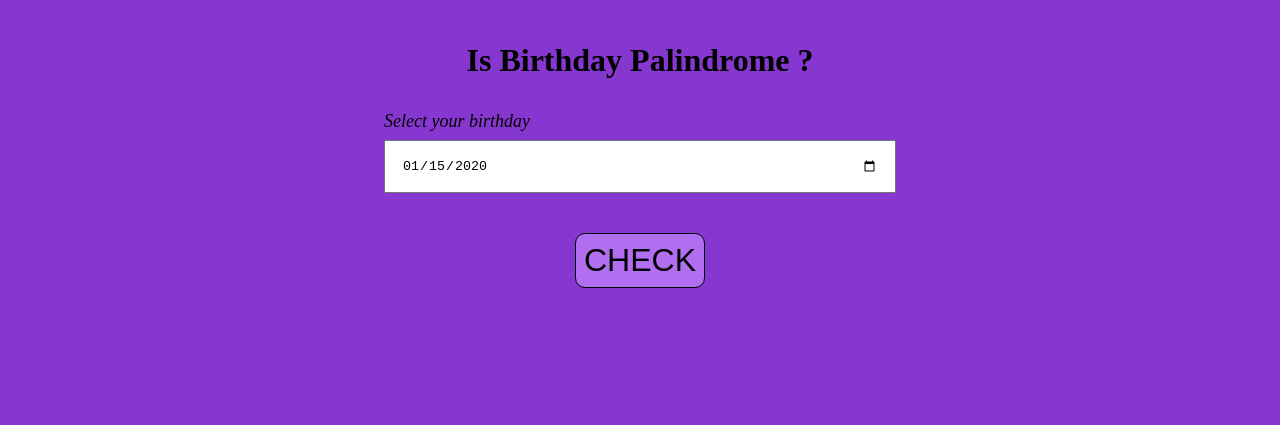
Repository: patelamancode/Palindrome-Birthday
Page: index.html
The author's editor kept a copy of each file at every save. The page is drawn from the files as they stood at one save, then again after the next save.
The browser window is 1280 px wide. The pictures show the whole page.
Empty fields were first filled with sample values (such as "Sample", 5 or name@example.com).
After loading, the first visible `#check-btn` was clicked once.

Above is the page before, as saved 2022-12-02 19:54:23.

After the next save:
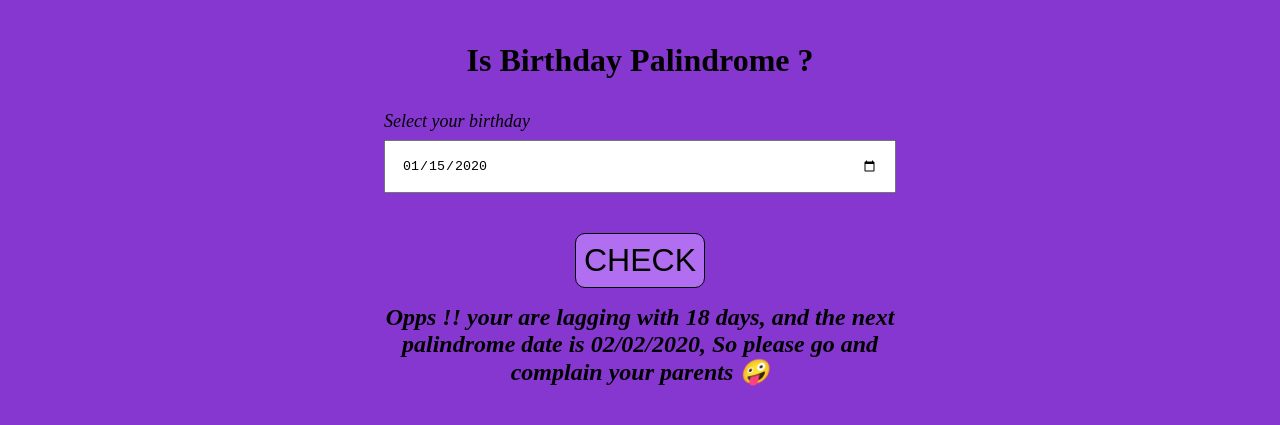
Saved 92 s later.
--- a/index.js
+++ b/index.js
@@ -184,10 +184,12 @@ function forNearestPalindromeDate(date) {
         // console.log(nextStrDate, lastStrDate);
 
         if(nextDays < lastDays){
-            console.log(`Opps !! your are lagging with ${nextDays} days, and the next palindrome date is ${(nextStrDate.day)}/${(nextStrDate.month)}/${(nextStrDate.year)}, So please go and complain your parents 🤪`)
+            result.style.display = "flex";
+            result.innerText = `Opps !! your are lagging with ${nextDays} days, and the next palindrome date is ${(nextStrDate.day)}/${(nextStrDate.month)}/${(nextStrDate.year)}, So please go and complain your parents 🤪`;
         }
         else{
-            console.log(`Opps !! your are leading with ${lastDays} days, and the previous palindrome date is ${(lastStrDate.day)}/${(lastStrDate.month)}/${(lastStrDate.year)}, So please go and complain your parents 🤪`)
+            result.style.display = "flex";
+            result.innerText = `Opps !! your are leading with ${lastDays} days, and the previous palindrome date is ${(lastStrDate.day)}/${(lastStrDate.month)}/${(lastStrDate.year)}, So please go and complain your parents 🤪`;
         }
     }
 
